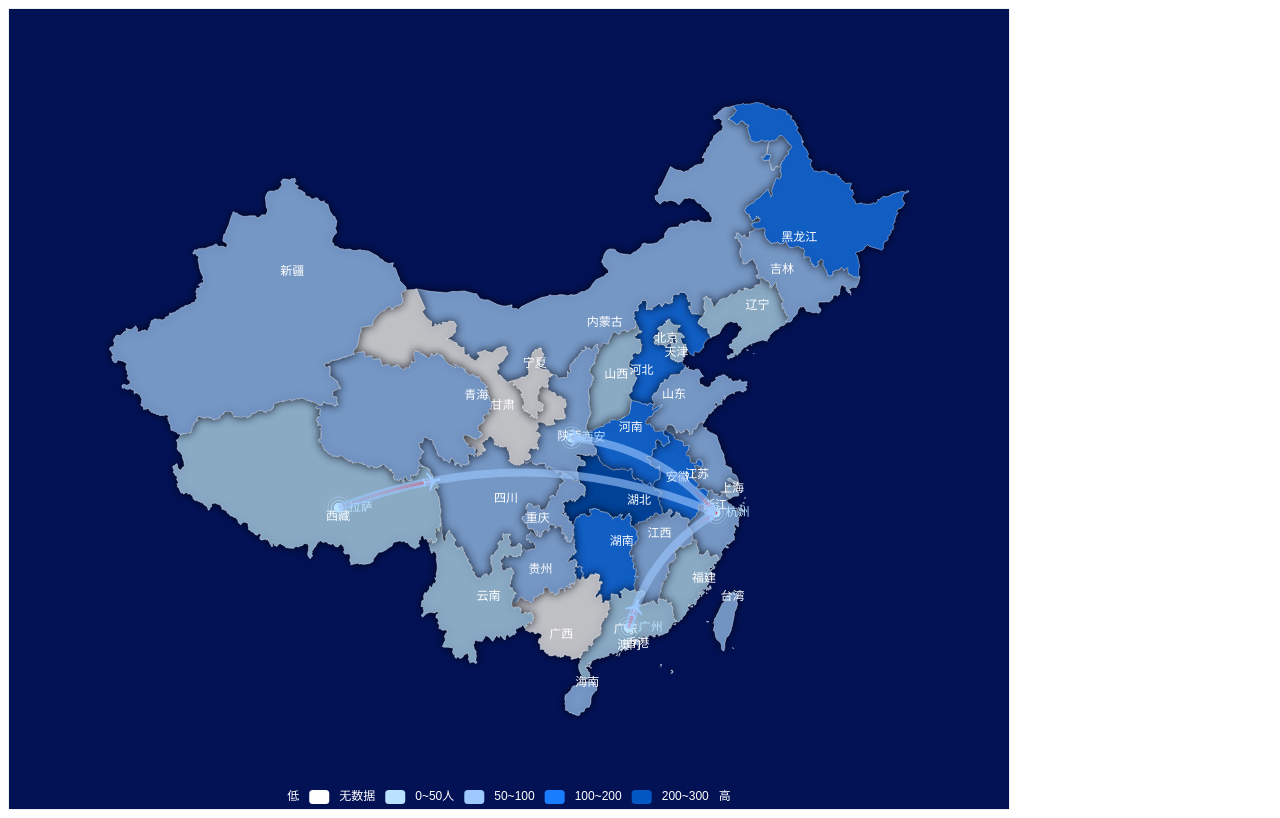
Repository: 572031690/echartssimple
Page: 21.地图常见效果_地图和散点图结合.html
The author's editor kept a copy of each file at every save. The page is drawn from the files as they stood at one save, then again after the next save.
The browser window is 1280 px wide. The pictures show the whole page.

Above is the page before, as saved 2021-08-11 17:55:33.

### 21.地图常见效果_地图和散点图结合.html
<!DOCTYPE html>
<html lang="en">

<head>
  <meta charset="UTF-8">
  <meta name="viewport" content="width=device-width, initial-scale=1.0">
  <meta http-equiv="X-UA-Compatible" content="ie=edge">
  <title>Document</title>
  <script src="lib/echarts.min.js"></script>
  <script src="lib/jquery.min.js"></script>
</head>

<body>
  <div style="width: 1000px;height:800px;background-color:#031255;border: 1px solid #eee;"></div>

  <script>
    //1. 给series下增加一个新的对象
    //2. 准备数据散点数据  , 配置给series下的另外一个对象
    //3. 配置series下的新对象的type值为effectScatter
    //4. 指明散点图的坐标系统为geo
    //5. 调整涟漪动画效果
    var airData = [
      { name: '北京', value: 39.92,count: 35 },
      { name: '天津', value: 39.13,count: 35 },
      { name: '上海', value: 31.22,count: 35 },
      { name: '重庆', value: 66,count: 35 },
      { name: '河北', value: 147,count: 35 },
      { name: '河南', value: 113,count: 35 },
      { name: '云南', value: 25.04,count: 35 },
      { name: '辽宁', value: 50,count: 35 },
      { name: '黑龙江', value: 114,count: 35 },
      { name: '湖南', value: 175,count: 35 },
      { name: '安徽', value: 117,count: 35 },
      { name: '山东', value: 92,count: 35 },
      { name: '新疆', value: 84,count: 35 },
      { name: '江苏', value: 67,count: 35 },
      { name: '浙江', value: 84,count: 35 },
      { name: '江西', value: 96,count: 35 },
      { name: '湖北', value: 273,count: 35 },
      { name: '广西', value: 0,count: 35 },
      { name: '甘肃', value: 0,count: 35 },
      { name: '山西', value: 39,count: 35 },
      { name: '内蒙古', value: 58,count: 35 },
      { name: '陕西', value: 61,count: 35 },
      { name: '吉林', value: 51,count: 35 },
      { name: '福建', value: 29,count: 35 },
      { name: '贵州', value: 71,count: 35 },
      { name: '广东', value: 38,count: 35 },
      { name: '青海', value: 57,count: 35 },
      { name: '西藏', value: 24 ,count: 35},
      { name: '四川', value: 58,count: 35 },
      { name: '宁夏', value: 0 ,count: 35},
      { name: '海南', value: 54,count: 35 },
      { name: '台湾', value: 88,count: 35 },
      { name: '香港', value: 66,count: 35 },
      { name: '澳门', value: 77,count: 35 },
      { name: '南海诸岛', value: 55 ,count: 35}
    ]
    var scatterData = [
      {
        value: [120.213042, 29.86119]
      }
    ]
    var labelFormatter = [
      {name: '杭州', matter: '公司总部：杭州钢材科技公司'},
      {name: '拉萨', matter: '钢材公司1'},
      {name: '广州', matter: '钢材公司2'},
      {name: '西安', matter: '钢材公司3'}

    ]

    var lineSc = [
      {coords:[[91.1865, 30.1465],[120.213042, 29.86119]],fromName:"拉萨",toName:"杭州",value:100},
      {coords:[[113.5107, 23.2196],[120.213042, 29.86119]],fromName:"广州",toName:"杭州",value:100},
      {coords:[[109.1162, 34.2004],[120.213042, 29.86119]],fromName:"西安",toName:"杭州",value:100}
    ]
    var planePath =
                "path://M1705.06,1318.313v-89.254l-319.9-221.799l0.073-208.063c0.521-84.662-26.629-121.796-63.961-121.491c-37.332-0.305-64.482,36.829-63.961,121.491l0.073,208.063l-319.9,221.799v89.254l330.343-157.288l12.238,241.308l-134.449,92.931l0.531,42.034l175.125-42.917l175.125,42.917l0.531-42.034l-134.449-92.931l12.238-241.308L1705.06,1318.313z";
    var mCharts = echarts.init(document.querySelector("div"))
    $.get('json/map/china.json', function (ret) {
      // ret 就是中国的各个省份的矢量地图数据
      console.log(ret)
      echarts.registerMap('chinaMap', ret)
      var option = {
        tooltip: {//鼠标一上去的信息框
          trigger: 'item'
        },
        geo: {
          type: 'map',
          map: 'chinaMap', // chinaMap需要和registerMap中的第一个参数保持一致
          roam: true, // 设置允许缩放以及拖动的效果
          label: {
            show: true, // 展示标签
            textStyle: {
              fontSize: 12,
              textWeight:900,
              color: 'white'
            }
          },
          itemStyle: {
            normal: {
              areaColor: '#416cbb',//地图区域的颜色。
              borderColor: '#fff',//图形的描边颜色。支持的颜色格式同 color，不支持回调函数。
              shadowColor: 'black',//阴影颜色。#41587f
              shadowBlur: 8,//图形阴影的模糊大小。
              opacity: 0.75//图形透明度
            },
            emphasis: {
              areaColor: '#fdd145',
            }
          }
        },
        series: [
          { // 地图数据
            data: airData,
            geoIndex: 0, // 将空气质量的数据和第0个geo配置关联在一起
            type: 'map',
            tooltip: {
              textStyle: {
                fontSize:10,
              },
              // 利用formatter来自定义tooltip展示的数据
              formatter: function (params,ticket,callback) {
                if (params.value) {
                  return params.name+'<br/>成交量：' + params.value + '单<br/>' + '平均标签价格：' + airData[params.dataIndex].count + '元<br/>'
                } else {
                    callback()
                }
              }
            }
          },
          { // 动态红线
            name: " 杭州 Top3",
            type: "lines",
            zlevel: 1, // zlevel 大的 Canvas 会放在 zlevel 小的 Canvas 的上面。
            effect: {
              show: true,
              period: 4, // 动画的快慢
              trailLength: 0.7, // 红线的宽度
              color: "red", //arrow箭头的颜色
              symbolSize: 3 // 红线的宽度
            },
            lineStyle: {
              color: '#46bee9',
              width: 0,
              curveness: 0.2 // 弯曲度
            },
            data:lineSc,

          },
          { // 箭头线
            name: " 杭州 Top3",
            type: "lines",
            zlevel: 2,
            symbol: ["none", "arrow"],
            symbolSize: 10, // 设置箭头的大小
            effect: {
              show: true,
              period: 4,
              trailLength: 0,// 红线的宽度 设置为零只显示飞机
              symbol: planePath,
              symbolSize: 18
            },
            lineStyle: {
              normal: {
                color: 'rgb(128, 128, 128)',
                width: 8,
                opacity: 0.6,
                curveness: 0.2
              }
            },
            data: lineSc,
            tooltip: {
              textStyle: {
                fontSize:10,
              },
              // 利用formatter来自定义tooltip展示的数据
              formatter: function (params,ticket,callback) {
                console.log(params);
                  return params.data.fromName+'采购：<br/> 木材：'+ params.data.value + '万吨'
              }
            }
          },
          { // 散点数据
            name:'杭州',
            data: [[120.213042, 29.86119],[91.1865, 30.1465],[113.5107, 23.2196],[109.1162, 34.2004]], // 配置散点的坐标数据
            type: 'effectScatter',
            coordinateSystem: 'geo', // 指明散点使用的坐标系统  geo的坐标系统
            rippleEffect: {
              scale: 3, // 设置涟漪动画的缩放比例
              brushType: "stroke"
            },
            label: {
              normal: {
                show: true,
                position: "right",
                formatter: function (params,ticket,callback) {
                  return labelFormatter[params.dataIndex].name
                }
              }
            },
            itemStyle: {
              normal: {
                color: '#46bee9'
              },
              emphasis: {
                areaColor: "#2B91B7"
              }
            },
            tooltip: {
              textStyle: {
                fontSize:10,
              },
              // 利用formatter来自定义tooltip展示的数据
              formatter: function (params,ticket,callback) {
                return labelFormatter[params.dataIndex].matter
              }

            }
          }
        ],
        visualMap: { // 渐变分层显示
          // type: 'continuous',   // 连续渐变
          type: 'piecewise',  // 分层
          min: 0,
          max: 300,
          text: ['高', '低'],//两端的文本，如 ['High', 'Low']
          showLabel:true,           //是否显示每项的文本标签
          orient:"horizontal",     //图例排列方向 水平horizontal 垂直vertical
          left:"center",
          indicatorStyle: {
            borderColor:'red',
            borderWidth: 1,
          },
          textStyle: {//设置文字颜色（Demo左下组件）
            color: 'white',
            fontSize:12
          },
          // inRange: {
          //   color: ['#B8E2FF','#9DC9FF','#6CADFF','#187EFF', '#0357C2'] // 控制颜色渐变的范围
          // },

          pieces: [
          // 自定义『分段式视觉映射组件（visualMapPiecewise）』的每一段的范围，以及每一段的文字，以及每一段的特别的样式
            { gt: 200, lte: 300, label: "200~300", color: "#0357C2" }, // (500, 900]
            { gt: 100, lte: 200, label: "100~200", color: "#187EFF" }, // (310, 500]
            { gt: 50, lte: 100, label: "50~100", color: "#9DC9FF" }, // (200, 300]
            { gt: 0, lte: 50, label: "0~50人", color: "#B8E2FF" }, // (10, 200]
            { value:0, label: "无数据", color: "#fff" } // [0]
          ],

          // calculable: true // 出现滑块
        }
      }
      mCharts.setOption(option)
    })

  </script>
</body>

</html>

Loaded but not shown: lib/echarts.min.js (library); lib/jquery.min.js (library); json/map/china.json (common file)

After the next save:
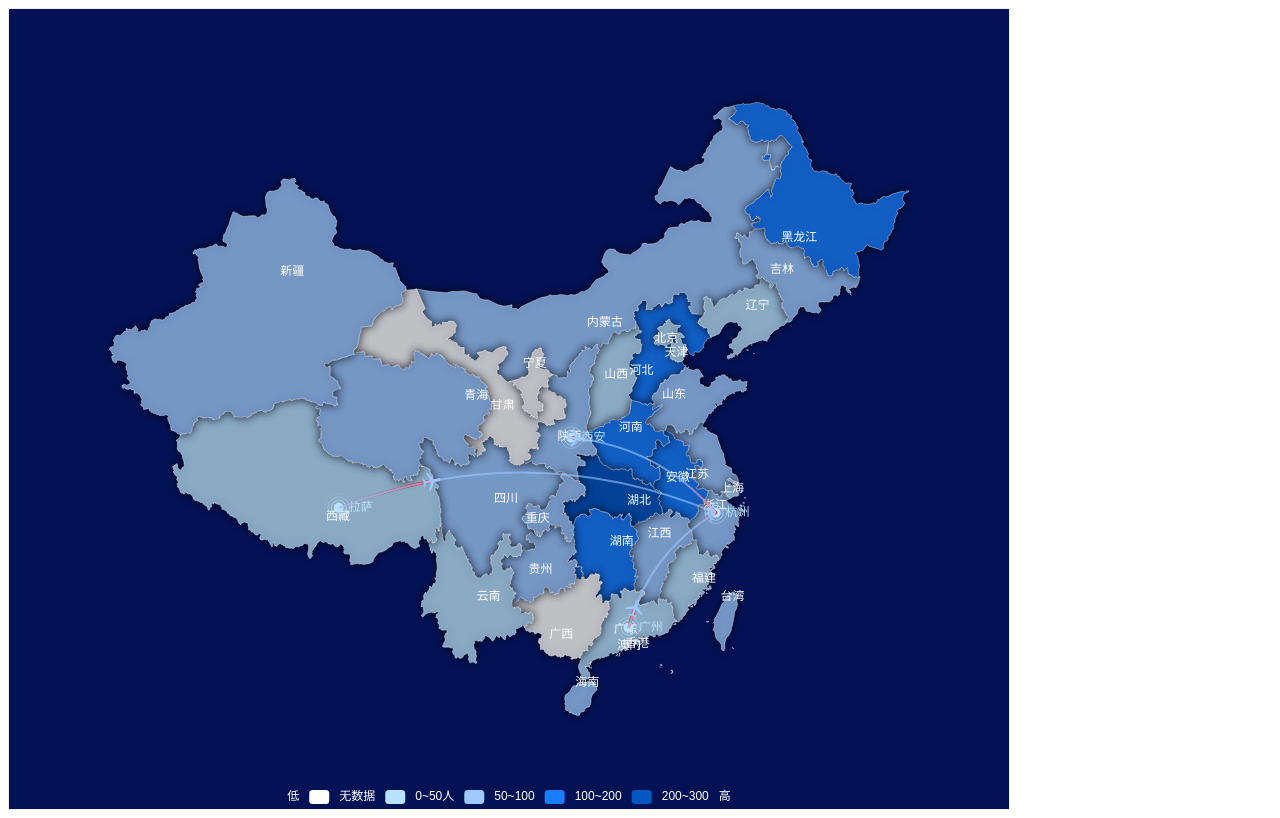
Saved 10 s later.
--- a/21.地图常见效果_地图和散点图结合.html
+++ b/21.地图常见效果_地图和散点图结合.html
@@ -164,7 +164,7 @@
             lineStyle: {
               normal: {
                 color: 'rgb(128, 128, 128)',
-                width: 8,
+                width: 2,
                 opacity: 0.6,
                 curveness: 0.2
               }
